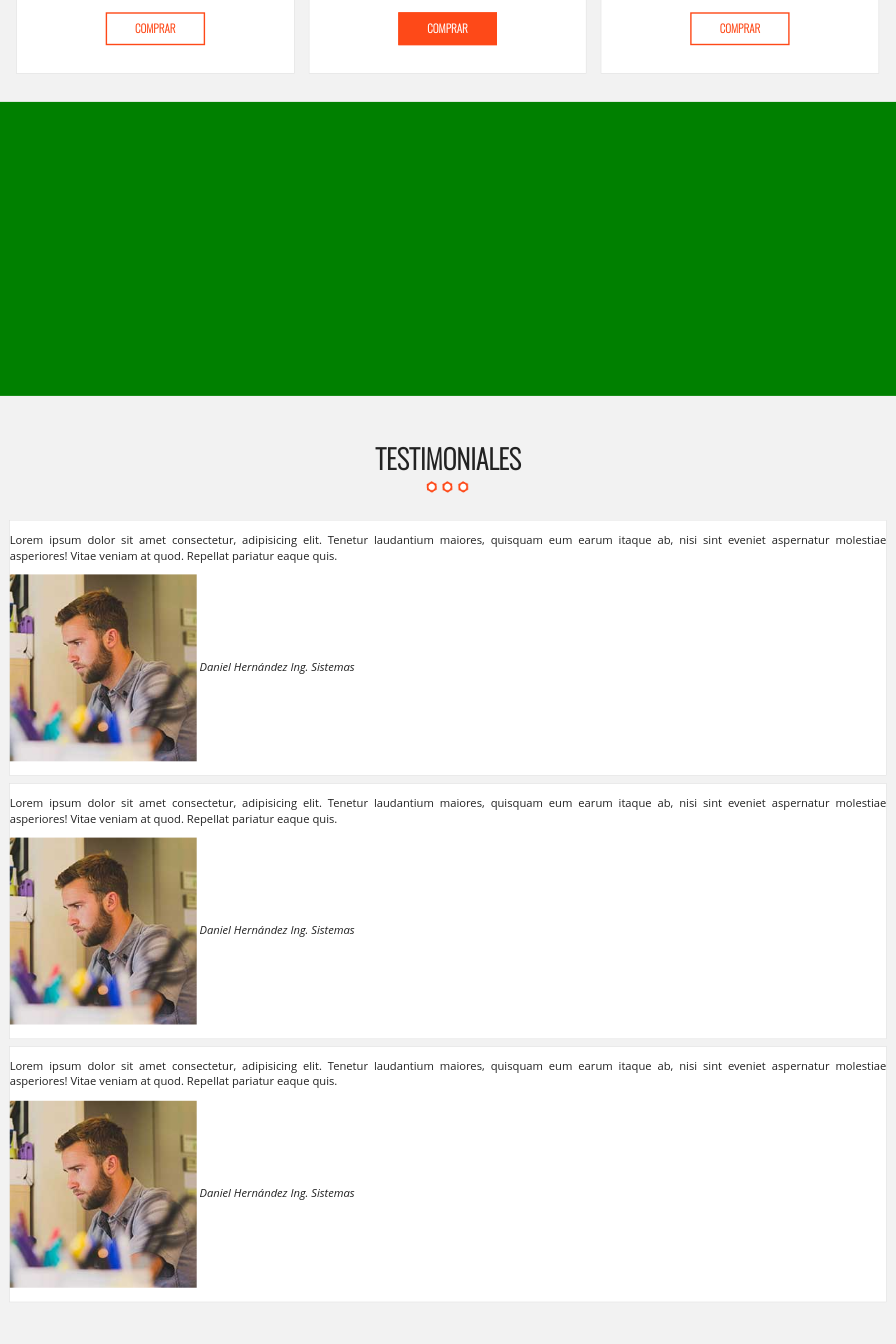
Repository: edgarhdzp/pagina-conferencias-reservaciones
Page: index.html
The author's editor kept a copy of each file at every save. The page is drawn from the files as they stood at one save, then again after a run of saves.
The browser window is 1280 px wide. The pictures show the part of the page from y = 3892 to 5812 px (the page is 5812 px tall), at 70% of full size.

Above is the page before, as saved 2020-07-01 19:07:25.

After the next 2 saves:
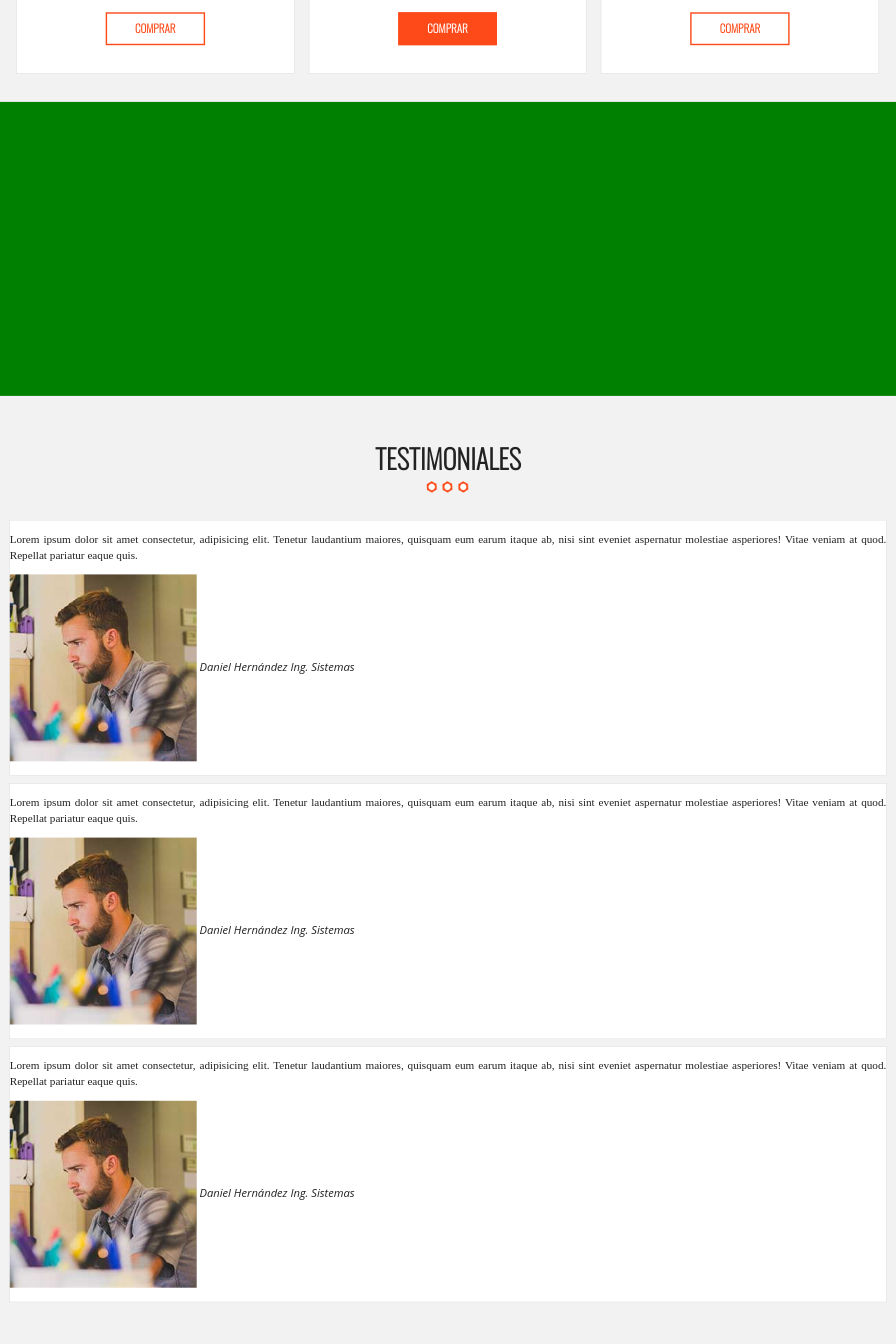
The 2 saves are shown as one change because they came seconds apart.
The last was saved 10 s later.
--- a/css/main.css
+++ b/css/main.css
@@ -668,6 +668,7 @@ blockquote {
 blockquote p {
     text-align: justify!important;
     font-size: 1em!important;
+    font-family: '';
 }
 
 
